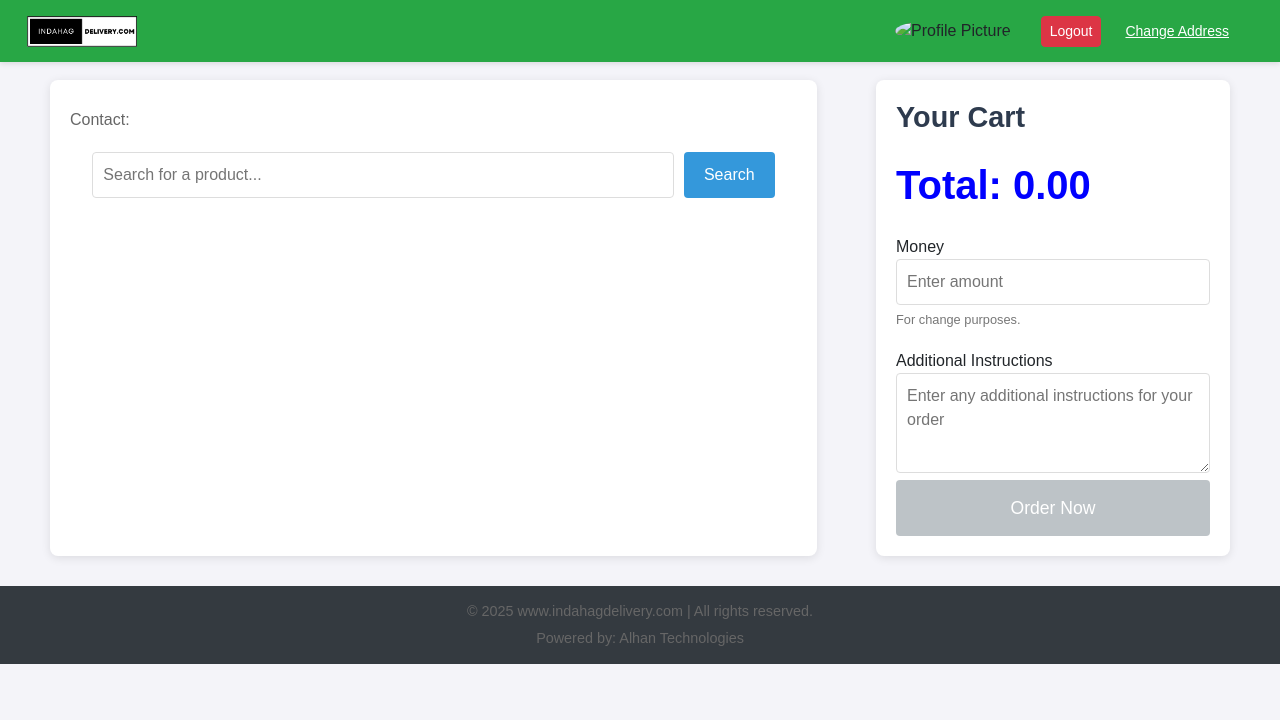
Repository: Jijiluzana225/indahagdelivery.com
Page: store/templates/store/store_products.html
An editor plug-in stored every save of this project. The page is shown before and after the next save, followed by the edit.
The browser window is 1280 px wide. The pictures show the whole page.
The template is drawn by Django 5.2. The application's start-up code is not run. Other server files are loaded and not shown. The template is opened directly, without the code that normally fills it, so the values that code supplies are empty.

Above is the page before, as saved 2025-01-23 11:51:37.

### store/templates/store/store_products.html
{% extends 'store/base.html' %}

{% block title %}Order from {{ store.name }}{% endblock %}

{% block content %}

<style>
    /* General Styles */
    body {
        font-family: Arial, sans-serif;
        margin: 0;
        padding: 0;
        background-color: #f4f4f9;
    }

    h1, h2, h3 {
        color: #333;
        font-weight: 600;
    }

    p {
        font-size: 1rem;
        color: #666;
        margin-bottom: 0.5rem;
    }

    /* Container for left and right columns */
    .container {
        display: flex;
        justify-content: space-between;
        padding: 5px;
        max-width: 1200px;
        margin: 0 auto;
        flex-wrap: wrap;
    }

    /* Left column - product listing */
    .left-column {
        width: 65%;
        padding: 20px;
        background-color: #fff;
        box-shadow: 0 2px 10px rgba(0, 0, 0, 0.1);
        border-radius: 8px;
        overflow: hidden;
    }

    .left-column h1 {
        font-size: 2rem;
        color: #2e3b4e;
    }

    .left-column p {
        font-size: 1rem;
        margin-bottom: 20px;
    }

    .search-box {
        margin-bottom: 20px;
        display: flex;
        justify-content: center;
    }

    .search-box input {
        width: 80%;
        padding: 10px;
        font-size: 1rem;
        border-radius: 4px;
        border: 1px solid #ddd;
        margin-right: 10px;
    }

    .search-box button {
        background-color: #3498db;
        color: #fff;
        padding: 10px 20px;
        border: none;
        border-radius: 4px;
        cursor: pointer;
    }

    .search-box button:hover {
        background-color: #2980b9;
    }

    .products {
        display: grid;
        grid-template-columns: repeat(auto-fill, minmax(250px, 1fr));
        gap: 20px;
    }

    /* Individual Product Cards */
    .product-card {
        background-color: #fff;
        border: 1px solid #ddd;
        border-radius: 8px;
        padding: 15px;
        box-shadow: 0 2px 8px rgba(0, 0, 0, 0.1);
        text-align: center;
        transition: transform 0.3s ease, box-shadow 0.3s ease;
    }

    .product-card:hover {
        transform: scale(1.05);
        box-shadow: 0 4px 16px rgba(0, 0, 0, 0.2);
    }

    .product-card img {
        max-width: 100%;
        height: auto;
        border-radius: 8px;
    }

    .product-card h3 {
        font-size: 1.2rem;
        color: #2e3b4e;
        margin: 10px 0;
    }

    .product-card p {
        font-size: 0.9rem;
        color: #777;
    }

    .product-card .formatted-price {
        font-size: 1.1rem;
        color: #e74c3c;
        font-weight: bold;
    }

    .product-card button {
        background-color: #28a745;
        color: #fff;
        padding: 10px 20px;
        border: none;
        border-radius: 4px;
        cursor: pointer;
        font-size: 1rem;
        transition: background-color 0.3s ease;
    }

    .product-card button:hover {
        background-color: #218838;
    }

    /* Spacing Between Qty and Add to Cart button */
    .product-card label {
        display: block;
        margin-bottom: 5px;
        font-size: 0.9rem;
        color: #555;
    }

    .product-card input[type="number"] {
        width: 60px;
        padding: 5px;
        margin-bottom: 15px; /* Space between input and button */
        border-radius: 4px;
        border: 1px solid #ddd;
        text-align: center;
        font-size: 1rem;
    }

    /* Right Column - Cart */
    .right-column {
        width: 30%;
        padding: 20px;
        background-color: #fff;
        box-shadow: 0 2px 10px rgba(0, 0, 0, 0.1);
        border-radius: 8px;
        position: sticky;
        top: 20px;
    }

    .right-column h2 {
        font-size: 1.8rem;
        color: #2e3b4e;
        margin-bottom: 20px;
    }

    .cart-items {
        margin-bottom: 20px;
    }

    .cart-item {
        display: flex;
        justify-content: space-between;
        align-items: center;
        padding: 10px 0;
        border-bottom: 1px solid #ddd;
    }

    .cart-item p {
        font-size: 0.85rem; /* Smaller font size */
        color: #333;
    }

    .cart-item input {
        width: 50px;
        padding: 5px;
        border-radius: 4px;
        border: 1px solid #ddd;
        text-align: center;
    }

    .cart-item button {
        background-color: #e74c3c;
        color: #fff;
        border: none;
        padding: 5px 10px;
        border-radius: 4px;
        cursor: pointer;
    }

    .cart-item button:hover {
        background-color: #c0392b;
    }

    .cart-total {
        font-size: 0.9rem; /* Smaller font size */
        font-weight: bold;
        color: #333;
        margin-top: 20px;
    }

    .money-input {
        margin-top: 20px;
    }

    .money-input input {
        width: 100%;
        padding: 10px;
        border-radius: 4px;
        border: 1px solid #ddd;
    }

    .money-input small {
        font-size: 0.8rem;
        color: #777;
        display: block;
        margin-top: 5px;
    }

    .additional-instructions {
        margin-top: 20px;
    }

    .additional-instructions textarea {
        width: 100%;
        height: 100px;
        padding: 10px;
        border-radius: 4px;
        border: 1px solid #ddd;
        font-size: 1rem;
    }

    .order-button {
        background-color: #3498db;
        color: #fff;
        border: none;
        padding: 15px 20px;
        font-size: 1.1rem;
        border-radius: 4px;
        width: 100%;
        cursor: pointer;
        transition: background-color 0.3s ease;
    }

    .order-button:disabled {
        background-color: #bdc3c7;
        cursor: not-allowed;
    }

    .order-button:hover:not(:disabled) {
        background-color: #2980b9;
    }

    /* Responsive Design */
    /* Responsive Design */
@media (max-width: 768px) {
    .container {
        flex-direction: column;
        align-items: center;
    }

    .left-column, .right-column {
        width: 100%;
        margin-bottom: 20px;
    }

    .products {
        grid-template-columns: repeat(2, 1fr); /* Two columns on smaller screens */
        gap: 10px; /* Adjust spacing for smaller screens */
    }

    .store-header {
        display: flex;
        flex-direction: column;
        align-items: center;
        text-align: center;
        margin-bottom: 20px;
    }

    .store-header h1 {
        font-size: 2rem;
        color: #2e3b4e;
        margin-bottom: 10px;
    }

    .store-header p {
        font-size: 1rem;
        color: #666;
    }

    .product-card img {
        max-width: 80%;  /* Adjust this percentage to control the size */
        height: auto;
        border-radius: 8px;
    }

    .cart-items {
        font-size: 0.75rem; /* Smaller font size */
    }

    .cart-item p {
        font-size: 0.75rem; /* Smaller font size for cart item text */
    }


    /* Fixed Go to Cart Box */
    .go-to-cart-box {
        position: fixed;
        bottom: 20px;
        right: 20px;
        background-color: #3498db;
        color: #fff;
        padding: 15px 30px;
        border-radius: 8px;
        font-size: 1rem;
        cursor: pointer;
        box-shadow: 0 2px 10px rgba(0, 0, 0, 0.1);
        transition: background-color 0.3s ease;
    }


}



</style>

<div class="container">
    <div class="left-column">
        <div class="store-header">
        <h1>{{ store.name }}</h1>
        <p>Contact: {{ store.contact_number }}</p>
        </div>
        <!-- Search Box -->
        <div class="search-box">
            <input type="text" id="searchBox" placeholder="Search for a product..." onkeyup="filterProducts()">
            <button>Search</button>
        </div>

        <div class="products" id="products-list">
            {% for item in items %}
            <div class="product-card" data-name="{{ item.product.name|lower }}">
                <img src="{{ item.product.picture.url }}" alt="{{ item.product.name }}">
                <h3>{{ item.product.name }}</h3>
                <p>{{ item.product.description }}</p>
                <p>Price: <span class="formatted-price">{{ item.product.price }}</span></p>
                <label for="quantity-{{ item.id }}">Qty:</label>
                <input type="number" id="quantity-{{ item.id }}" name="quantity" min="1" value="1">
                <button onclick="addToCart({{ item.id }}, '{{ item.product.name }}', {{ item.product.price }})">Add to Cart</button>
            </div>
            {% endfor %}
        </div>
    </div>

    <!-- Right column (cart) -->
    <div class="right-column">
        <h2>Your Cart</h2>
        <div class="cart-items" id="cart-items"></div>
        <div class="cart-total" id="cart-total" style="font-size:40px; color:blue";>Total: 0.00</div>

       <div class="money-input">
            <label for="money">Money</label>
            <input type="number" id="money" name="money" placeholder="Enter amount">
            <small>For change purposes.</small>
        </div>

        <!-- Additional Instructions Section -->
        <div class="additional-instructions">
            <label for="additional-instructions">Additional Instructions</label>
            <textarea id="additional-instructions" placeholder="Enter any additional instructions for your order"></textarea>
        </div>

        <!-- Order Now Button -->
        <button class="order-button" id="orderButton" onclick="proceedToCheckout()" disabled>Order Now</button>
    </div>
</div>



<script>
    let cart = [];

    function formatPrice(price) {
        return new Intl.NumberFormat('en-US', { minimumFractionDigits: 2, maximumFractionDigits: 2 }).format(price);
    }

    function addToCart(itemId, itemName, itemPrice) {
        const quantity = parseInt(document.getElementById(`quantity-${itemId}`).value);
        const existingItem = cart.find(item => item.id === itemId);

        if (existingItem) {
            existingItem.quantity += quantity;
        } else {
            cart.push({ id: itemId, name: itemName, price: itemPrice, quantity: quantity });
        }

        renderCart();
    }

    function updateCartItem(itemId, newQuantity) {
        const item = cart.find(item => item.id === itemId);
        if (item) {
            item.quantity = newQuantity;
            renderCart();
        }
    }

    function deleteCartItem(itemId) {
        cart = cart.filter(item => item.id !== itemId);
        renderCart();
    }

    function renderCart() {
        const cartItemsContainer = document.getElementById('cart-items');
        const cartTotal = document.getElementById('cart-total');
        const orderButton = document.getElementById('orderButton');
        cartItemsContainer.innerHTML = '';
        let total = 0;

        cart.forEach(item => {
            const itemTotal = item.price * item.quantity;
            total += itemTotal;

            cartItemsContainer.innerHTML += `
                <div class="cart-item">
                    <p>${item.name}</p>
                    <p>Price: ${formatPrice(item.price)}</p>
                    <input type="number" min="1" value="${item.quantity}" onchange="updateCartItem(${item.id}, this.value)">
                    <p>${formatPrice(itemTotal)}</p>
                    <button onclick="deleteCartItem(${item.id})">×</button>
                </div>
            `;
        });

        cartTotal.innerText = `Total: ${formatPrice(total)}`;

        // Enable the "Order Now" button only if the cart is not empty
        orderButton.disabled = cart.length === 0;
    }

    function calculateTotalPrice() {
        return cart.reduce((total, item) => total + item.price * item.quantity, 0);
    }

    function proceedToCheckout() {
        const storeId = '{{ store.id }}';  // Assuming store.id is available
        const totalPrice = calculateTotalPrice();  // Total price from cart
        const cartItems = cart.map(item => `${item.name},${item.price},${item.quantity}`).join("|");

        const money = document.getElementById('money').value;
        const instructions = document.getElementById('additional-instructions').value;

        // Make the POST request
        fetch('/checkout/', {
            method: 'POST',
            headers: {
                'Content-Type': 'application/x-www-form-urlencoded',
                'X-CSRFToken': '{{ csrf_token }}'  // CSRF token
            },
            body: `store_id=${storeId}&total_price=${totalPrice}&cart_items=${cartItems}&money=${money}&instructions=${instructions}`
        })
        .then(response => response.json())
        .then(data => {
            if (data.success) {
                alert('Order placed successfully!');
                window.location.href = '/dashboard';
            } else {
                alert('There was an error placing your order.');
            }
        })
        .catch(error => console.error('Error:', error));
    }



    function filterProducts() {
        const searchTerm = document.getElementById("searchBox").value.toLowerCase();
        const productCards = document.querySelectorAll(".product-card");

        productCards.forEach(card => {
            const productName = card.getAttribute("data-name");
            if (productName.includes(searchTerm)) {
                card.style.display = "block";
            } else {
                card.style.display = "none";
            }
        });
    }

    function addToCart(itemId, itemName, itemPrice) {
        const quantity = parseInt(document.getElementById(`quantity-${itemId}`).value);
        const existingItem = cart.find(item => item.id === itemId);

        if (existingItem) {
            existingItem.quantity += quantity;
        } else {
            cart.push({ id: itemId, name: itemName, price: itemPrice, quantity: quantity });
        }

        renderCart();

        // Format itemPrice and total price to Philippine Pesos
        const formattedPrice = new Intl.NumberFormat('en-PH', {
            style: 'currency',
            currency: 'PHP',
            minimumFractionDigits: 2,
            maximumFractionDigits: 2
        }).format(itemPrice);

        const cartTotal = document.getElementById('cart-total').innerText;

        // Pop-up message with quantity, product name, formatted price, and cart total
        alert(`${quantity} ${itemName}(s) at ${formattedPrice}\n\nAdded to Cart\n\n${cartTotal}\n\n\nPlease review your CART at the bottom.`);
    }


    function updateOrderStatus(orderId, status) {
        fetch(`/update_order_status/${orderId}/`, {
            method: 'POST',
            headers: {
                'Content-Type': 'application/json',
                'X-CSRFToken': '{{ csrf_token }}'
            },
            body: JSON.stringify({ status: status })
        })
        .then(response => response.json())
        .then(data => {
            if (data.success) {
                alert('Order status updated');
            } else {
                alert('Failed to update status');
            }
        });
    }




</script>

{% endblock %}

### store/templates/store/base.html
{% load static %}
<!DOCTYPE html>
<html lang="en">
<head>
    <meta charset="UTF-8">
    <meta name="viewport" content="width=device-width, initial-scale=1.0">
    <title>indahagdelivery.com</title>
    <link href="https://cdn.jsdelivr.net/npm/bootstrap@5.3.0-alpha3/dist/css/bootstrap.min.css" rel="stylesheet">
    <style>
        /* Navbar Styling */
        .navbar {
            position: fixed;
            top: 0;
            left: 0;
            right: 0;
            width: 100%;
            background-color: #28a745; /* E-commerce theme */
            padding: 10px 15px;
            z-index: 1000;
            box-shadow: 0 2px 5px rgba(0, 0, 0, 0.1);
        }

        .navbar .navbar-brand img {
            max-width: 110px;
        }

        .navbar-nav {
            display: flex;
            align-items: center;
        }

        .navbar-nav .nav-item {
            margin-right: 15px;
        }

        .open-close-btn {
            padding: 6px 14px;
            font-size: 0.9rem;
            background-color: #007bff;
            color: #fff;
            border: none;
            border-radius: 20px;
            transition: background-color 0.3s ease;
        }

        .open-close-btn:hover {
            background-color: #0056b3;
        }

        .profile-picture {
            width: 35px;
            height: 35px;
            border-radius: 50%;
            object-fit: cover;
        }

        /* Responsive Navbar Adjustments */
        @media (max-width: 768px) {
            .navbar-brand img {
                max-width: 80px;
            }

            .navbar-nav .nav-item {
                margin-right:10px;
            }

            .open-close-btn {
                margin-top: 10px;
            }
        }

        /* Footer Styling */
        footer {
            background-color: #343a40;
            color: #fff;
            padding: 15px;
            text-align: center;
            margin-top: 20px;
        }

        footer .footer-text p {
            margin: 0;
            font-size: 0.9rem;
        }

        footer .footer-text p:not(:last-child) {
            margin-bottom: 5px;
        }
    </style>
</head>
<body style="margin-top: 70px;">
    <!-- Navbar -->
    <nav class="navbar navbar-expand-lg navbar-dark">
        <div class="container-fluid">
            <a href="{% url 'store_list' %}" class="navbar-brand">
                <img src="{% static 'admin/img/Indahag.png' %}" alt="Logo">
            </a>

            <!-- Open/Close Button -->
            {% if request.user.is_authenticated and 'Store' in request.user.groups.all|join:" " %}
                <a href="{% url 'update_store_open' %}" class="open-close-btn">Open/Close</a>
            {% endif %}

            <button class="navbar-toggler" type="button" data-bs-toggle="collapse" data-bs-target="#navbarNav" aria-controls="navbarNav" aria-expanded="false" aria-label="Toggle navigation">
                <span class="navbar-toggler-icon"></span>
            </button>
            <div class="collapse navbar-collapse" id="navbarNav">
                <ul class="navbar-nav ms-auto">
                    <li class="nav-item">
                        <img src="{{ user.customer.profile_picture.url }}" alt="Profile Picture" class="profile-picture">
                    </li>
                    <li class="nav-item">
                        <h5 class="mb-0 text-white">{{ user.customer.name }}</h5>
                    </li>
                    <li class="nav-item">
                        <form action="{% url 'logout' %}" method="POST" class="d-inline">
                            {% csrf_token %}
                            <button type="submit" class="btn btn-danger btn-sm">Logout</button>
                        </form>
                    </li>
                    <li class="nav-item">
                        <a href="{% url 'update_profile' %}" class="btn btn-link btn-sm text-white">Change Address</a>
                    </li>
                </ul>
            </div>
        </div>
    </nav>

    <!-- Content Block -->
    <div class="container mt-4">
        {% block content %}
        {% endblock %}
    </div>

    <!-- Footer -->
    <footer>
        <div class="footer-text">
            <p>&copy; 2025 www.indahagdelivery.com | All rights reserved.</p>
            <p>Powered by: Alhan Technologies</p>
        </div>
    </footer>

    <!-- Scripts -->
    <script src="https://cdn.jsdelivr.net/npm/bootstrap@5.3.0-alpha3/dist/js/bootstrap.bundle.min.js"></script>
</body>
</html>

After the next save:
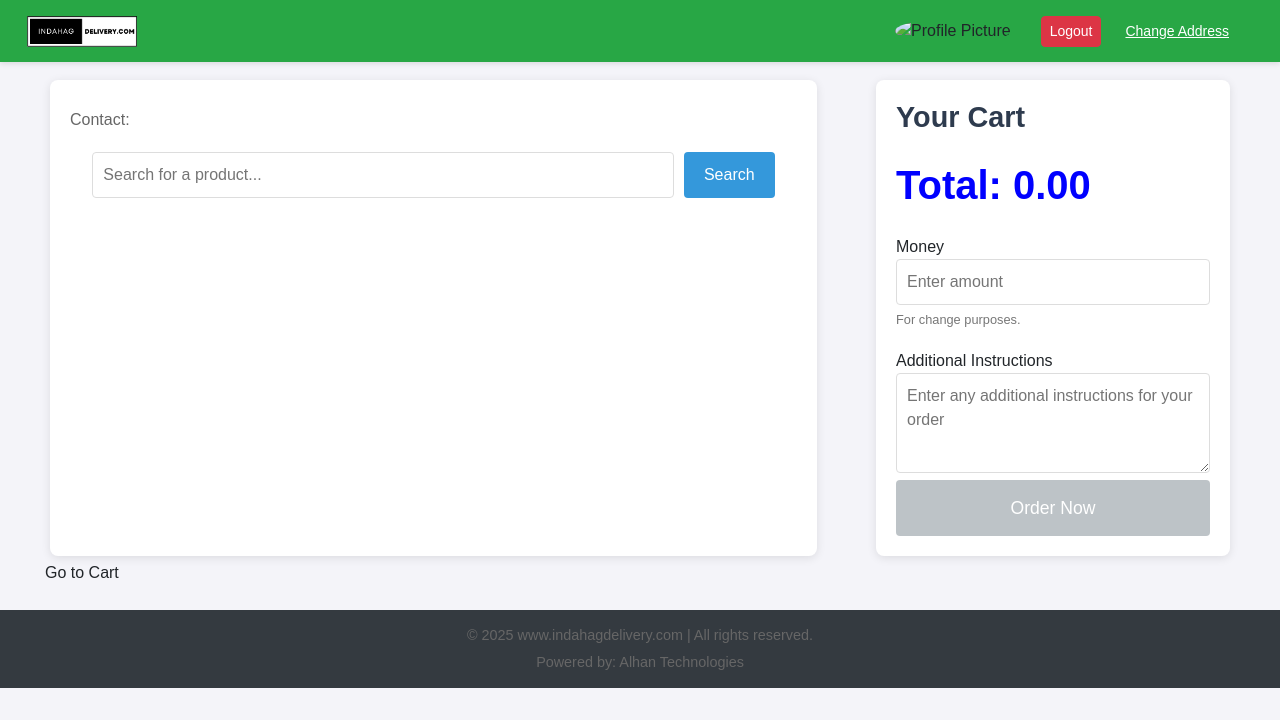
Saved 62 s later.
--- a/store/templates/store/store_products.html
+++ b/store/templates/store/store_products.html
@@ -398,7 +398,9 @@
     </div>
 </div>
 
-
+<div id="go-to-cart-box" class="go-to-cart-box">
+    Go to Cart
+</div>
 
 <script>
     let cart = [];
